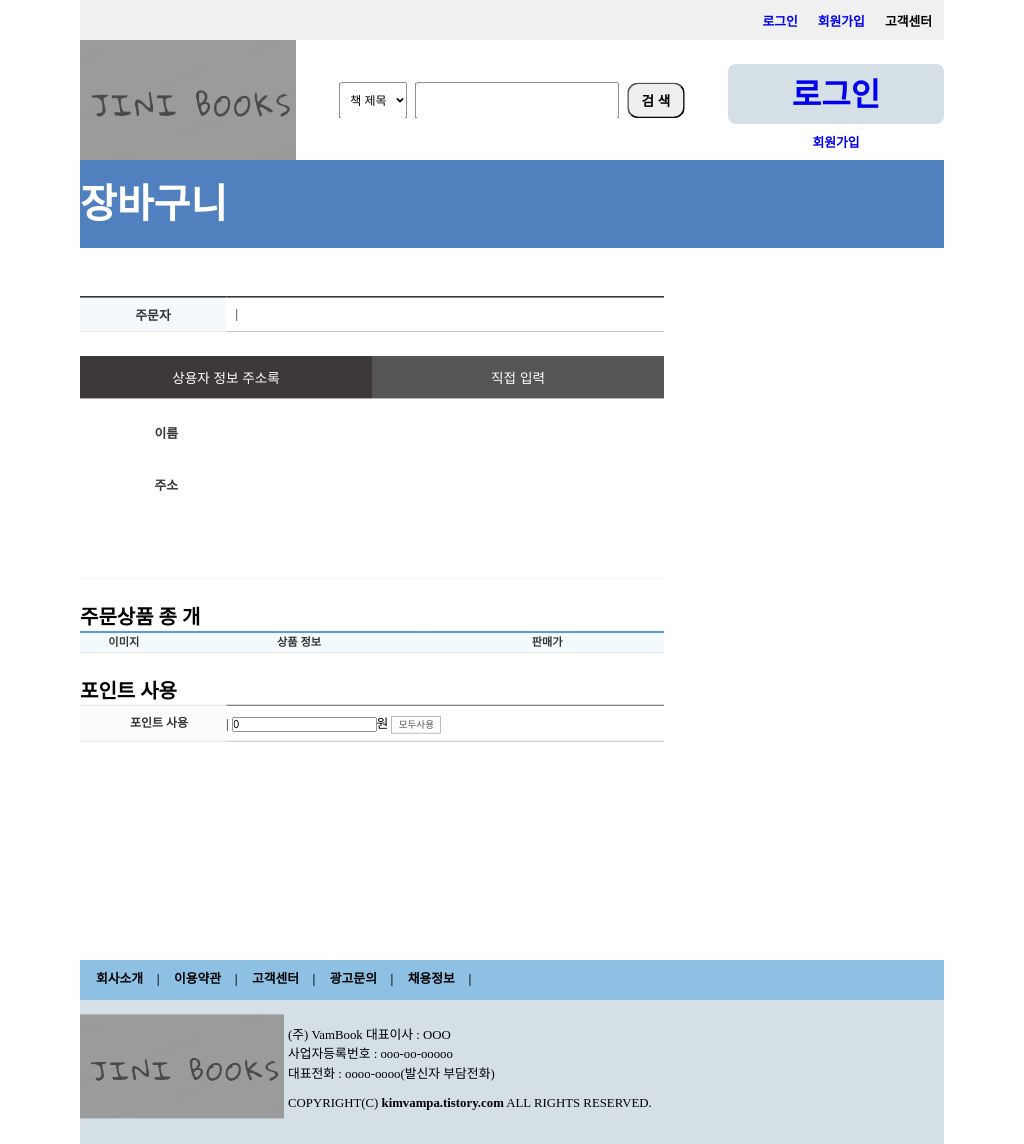
Repository: leechanjin7/ShoppingMall
Page: http://localhost/ShoppingMall/WEB-INF/views/order.jsp
An editor plug-in stored every save of this project. The page is shown before and after the next save, followed by the edit.
The browser window is 1280 px wide. The pictures show the whole page, at 80% of full size.
The page is served by Tomcat 9. Nobody is signed in. Other server files are loaded and not shown. The template is opened directly, without the code that normally fills it, so the values that code supplies are empty.

Above is the page before, as saved 2023-09-12 09:05:38.

### workspace/ShoppingMall/src/main/webapp/WEB-INF/views/order.jsp
<%@ page language="java" contentType="text/html; charset=UTF-8"
	pageEncoding="UTF-8"%>
<%@ taglib uri="http://java.sun.com/jsp/jstl/core" prefix="c"%>
<%@ taglib prefix="fmt" uri="http://java.sun.com/jsp/jstl/fmt"%>
<!DOCTYPE html>
<html>
<head>
<meta charset="UTF-8">
<title>Welcome BookMall</title>
<link rel="stylesheet" href="/resources/css/order.css">
<script src="https://code.jquery.com/jquery-3.4.1.js"
	integrity="sha256-WpOohJOqMqqyKL9FccASB9O0KwACQJpFTUBLTYOVvVU="
	crossorigin="anonymous"></script>
<!-- 다음주소 -->
<script src="https://t1.daumcdn.net/mapjsapi/bundle/postcode/prod/postcode.v2.js"></script>
</head>
<body>

	<div class="wrapper">
		<div class="wrap">
			<div class="top_gnb_area">
				<ul class="list">
					<c:if test="${member == null}">
						<!-- 로그인 x -->
						<li><a href="/member/login">로그인</a></li>
						<li><a href="/member/join">회원가입</a></li>
					</c:if>
					<c:if test="${member != null }">
						<!-- 로그인 o -->
						<c:if test="${member.adminCk == 1 }">
							<!-- 관리자 계정 -->
							<li><a href="/admin/main">관리자 페이지</a></li>
						</c:if>
						<li><a id="gnb_logout_button">로그아웃</a></li>
						<li>마이룸</li>
						<li><a href="/cart/${member.memberId}">장바구니</a></li>
					</c:if>
					<li>고객센터</li>
				</ul>
			</div>
			<div class="top_area">
				<!-- 로고영역 -->
				<div class="logo_area">
					<a href="/main"><img src="/resources/img/mLogo.png"></a>
				</div>
				<div class="search_area">
					<div class="search_wrap">
						<form id="searchForm" action="/search" method="get">
							<div class="search_input">
								<select name="type">
									<option value="T">책 제목</option>
									<option value="A">작가</option>
								</select> <input type="text" name="keyword"
									value="<c:out value="${pageMaker.cri.keyword}"/>">
								<button class='btn search_btn'>검 색</button>
							</div>
						</form>
					</div>
				</div>
				<div class="login_area">

					<!-- 로그인 하지 않은 상태 -->
					<c:if test="${member == null }">
						<div class="login_button">
							<a href="/member/login">로그인</a>
						</div>
						<span><a href="/member/join">회원가입</a></span>
					</c:if>

					<!-- 로그인한 상태 -->
					<c:if test="${ member != null }">
						<div class="login_success_area">
							<span>회원 : ${member.memberName}</span> <span>충전금액 : <fmt:formatNumber
									value="${member.money }" pattern="\#,###.##" /></span> <span>포인트
								: <fmt:formatNumber value="${member.point }" pattern="#,###" />
							</span> <a href="/member/logout.do">로그아웃</a>
						</div>
					</c:if>

				</div>
				<div class="clearfix"></div>
			</div>
			<div class="content_area">


				<div class="content_subject"><span>장바구니</span></div>

				<div class="content_main">
					<!-- 회원 정보 -->
					<div class="member_info_div">
						<table class="table_text_align_center memberInfo_table">
							<tbody>
								<tr>
									<th style="width: 25%;">주문자</th>
									<td style="width: *">${memberInfo.memberName} | ${memberInfo.memberMail}</td>
								</tr>
							</tbody>
						</table>
					</div>
					<!-- 배송지 정보 -->
					<div class="addressInfo_div">
						<div class="addressInfo_button_div">
							<button class="address_btn address_btn_1" onclick="showAdress('1')" style="background-color: #3c3838;">상용자 정보 주소록</button>
							<button class="address_btn address_btn_2" onclick="showAdress('2')">직접 입력</button>
						</div>
						<div class="addressInfo_input_div_wrap">
							<div class="addressInfo_input_div addressInfo_input_div_1" style="display: block">
								<table>
									<colgroup>
										<col width="25%">
										<col width="*">
									</colgroup>
									<tbody>
										<tr>
											<th>이름</th>
											<td>
												${memberInfo.memberName}
											</td>
										</tr>
										<tr>
											<th>주소</th>
											<td>
												${memberInfo.memberAddr1} ${memberInfo.memberAddr2}<br>${memberInfo.memberAddr3}
											</td>
										</tr>
									</tbody>
								</table>
							</div>
							<div class="addressInfo_input_div addressInfo_input_div_2">
								<table>
									<colgroup>
										<col width="25%">
										<col width="*">
									</colgroup>
									<tbody>
										<tr>
											<th>이름</th>
											<td>
												<input class="addressee_input">
											</td>
										</tr>
										<tr>
											<th>주소</th>
											<td>

												<input class="address1_input" readonly="readonly"> <a class="address_search_btn" onclick="execution_daum_address()">주소 찾기</a><br>
												<input class="address2_input" readonly="readonly"><br>
												<input class="address3_input" readonly="readonly">
											</td>
										</tr>
									</tbody>
								</table>
							</div>
						</div>
					</div>
					<!-- 상품 정보 -->
					<div class="orderGoods_div">
						<!-- 상품 종류 -->
						<div class="goods_kind_div">
							주문상품 <span class="goods_kind_div_kind"></span>종 <span class="goods_kind_div_count"></span>개
						</div>
						<!-- 상품 테이블 -->
						<table class="goods_subject_table">
							<colgroup>
								<col width="15%">
								<col width="45%">
								<col width="40%">
							</colgroup>
							<tbody>
								<tr>
									<th>이미지</th>
									<th>상품 정보</th>
									<th>판매가</th>
								</tr>
							</tbody>
						</table>
						<table class="goods_table">
							<colgroup>
								<col width="15%">
								<col width="45%">
								<col width="40%">
							</colgroup>
							<tbody>
								<c:forEach items="${orderList}" var="ol">
									<tr>
										<td>
											<!-- 이미지 <td>-->
										</td>
										<td>${ol.bookName}</td>
										<td class="goods_table_price_td">
											<fmt:formatNumber value="${ol.salePrice}" pattern="#,### 원" /> | 수량 ${ol.bookCount}개
											<br><fmt:formatNumber value="${ol.totalPrice}" pattern="#,### 원" />
											<br>[<fmt:formatNumber value="${ol.totalPoint}" pattern="#,### 원" />P]
											<input type="hidden" class="individual_bookPrice_input" value="${ol.bookPrice}">
											<input type="hidden" class="individual_salePrice_input" value="${ol.salePrice}">
											<input type="hidden" class="individual_bookCount_input" value="${ol.bookCount}">
											<input type="hidden" class="individual_totalPrice_input" value="${ol.salePrice * ol.bookCount}">
											<input type="hidden" class="individual_point_input" value="${ol.point}">
											<input type="hidden" class="individual_totalPoint_input" value="${ol.totalPoint}">
											<input type="hidden" class="individual_bookId_input" value="${ol.bookId}">
										</td>
									</tr>
								</c:forEach>

							</tbody>
						</table>
					</div>
					<!-- 포인트 정보 -->
					<div class="point_div">
						<div class="point_div_subject">포인트 사용</div>
						<table class="point_table">
							<colgroup>
								<col width="25%">
								<col width="*">
							</colgroup>
							<tbody>
								<tr>
									<th>포인트 사용</th>
									<td>
										${memberInfo.point} | <input class="order_point_input" value="0">원
										<a class="order_point_input_btn order_point_input_btn_N" data-state="N">모두사용</a>
										<a class="order_point_input_btn order_point_input_btn_Y" data-state="Y" style="display: none;">사용취소</a>

									</td>
								</tr>
							</tbody>
						</table>
					</div>
					<!-- 주문 종합 정보 -->
				</div>

			</div>

			<!-- Footer 영역 -->
			<div class="footer_nav">
				<div class="footer_nav_container">
					<ul>
						<li>회사소개</li>
						<span class="line">|</span>
						<li>이용약관</li>
						<span class="line">|</span>
						<li>고객센터</li>
						<span class="line">|</span>
						<li>광고문의</li>
						<span class="line">|</span>
						<li>채용정보</li>
						<span class="line">|</span>
					</ul>
				</div>
			</div>
			<!-- class="footer_nav" -->

			<div class="footer">
				<div class="footer_container">

					<div class="footer_left">
						<img src="/resources/img/Logo.png">
					</div>
					<div class="footer_right">
						(주) VamBook 대표이사 : OOO <br> 사업자등록번호 : ooo-oo-ooooo <br>
						대표전화 : oooo-oooo(발신자 부담전화) <br> <br> COPYRIGHT(C) <strong>kimvampa.tistory.com</strong>
						ALL RIGHTS RESERVED.
					</div>
					<div class="clearfix"></div>
				</div>
			</div>
			<!-- class="footer" -->

		</div>
		<!-- class="wrap" -->
	</div>
	<!-- class="wrapper" -->

	<script>

	/* 주소입력란 버튼 동작(숨김, 등장) */
	function showAdress(className){
		/* 컨텐츠 동작 */
			/* 모두 숨기기 */
			$(".addressInfo_input_div").css('display', 'none');
			/* 컨텐츠 보이기 */
			$(".addressInfo_input_div_" + className).css('display', 'block');

		/* 버튼 색상 변경 */
			/* 모든 색상 동일 */
				$(".address_btn").css('backgroundColor', '#555');
			/* 지정 색상 변경 */
				$(".address_btn_"+className).css('backgroundColor', '#3c3838');
	}

	/* 다음 주소 연동 */
	function execution_daum_address(){
	 		console.log("동작");
		   new daum.Postcode({
		        oncomplete: function(data) {
		            // 팝업에서 검색결과 항목을 클릭했을때 실행할 코드를 작성하는 부분입니다.

		        	// 각 주소의 노출 규칙에 따라 주소를 조합한다.
	                // 내려오는 변수가 값이 없는 경우엔 공백('')값을 가지므로, 이를 참고하여 분기 한다.
	                var addr = ''; // 주소 변수
	                var extraAddr = ''; // 참고항목 변수

	                //사용자가 선택한 주소 타입에 따라 해당 주소 값을 가져온다.
	                if (data.userSelectedType === 'R') { // 사용자가 도로명 주소를 선택했을 경우
	                    addr = data.roadAddress;
	                } else { // 사용자가 지번 주소를 선택했을 경우(J)
	                    addr = data.jibunAddress;
	                }

	                // 사용자가 선택한 주소가 도로명 타입일때 참고항목을 조합한다.
	                if(data.userSelectedType === 'R'){
	                    // 법정동명이 있을 경우 추가한다. (법정리는 제외)
	                    // 법정동의 경우 마지막 문자가 "동/로/가"로 끝난다.
	                    if(data.bname !== '' && /[동|로|가]$/g.test(data.bname)){
	                        extraAddr += data.bname;
	                    }
	                    // 건물명이 있고, 공동주택일 경우 추가한다.
	                    if(data.buildingName !== '' && data.apartment === 'Y'){
	                        extraAddr += (extraAddr !== '' ? ', ' + data.buildingName : data.buildingName);
	                    }
	                    // 표시할 참고항목이 있을 경우, 괄호까지 추가한 최종 문자열을 만든다.
	                    if(extraAddr !== ''){
	                        extraAddr = ' (' + extraAddr + ')';
	                    }
	                 	// 추가해야할 코드
	                    // 주소변수 문자열과 참고항목 문자열 합치기
	                      addr += extraAddr;

	                } else {
	                	addr += ' ';
	                }

	             	// 제거해야할 코드
	                // 우편번호와 주소 정보를 해당 필드에 넣는다.
	                $(".address1_input").val(data.zonecode);
	                $(".address2_input").val(addr);
	                // 커서를 상세주소 필드로 이동한다.
	                $(".address3_input").attr("readonly", false);
	                $(".address3_input").focus();


		        }
		    }).open();

	}
	/* 포인트 입력 */
	//0 이상 & 최대 포인트 수 이하
	$(".order_point_input").on("propertychange change keyup paste input", function(){

		const maxPoint = parseInt('${memberInfo.point}');

		let inputValue = parseInt($(this).val());

		if(inputValue < 0){
			$(this).val(0);
		} else if(inputValue > maxPoint){
			$(this).val(maxPoint);
		}
	});

	/* 포인트 모두사용 취소 버튼
	 * Y: 모두사용 상태 / N : 모두 취소 상태
	 */
	$(".order_point_input_btn").on("click", function(){

		const maxPoint = parseInt('${memberInfo.point}');

		let state = $(this).data("state");

		if(state == 'N'){
			console.log("n동작");
			/* 모두사용 */
			//값 변경
			$(".order_point_input").val(maxPoint);
			//글 변경
			$(".order_point_input_btn_Y").css("display", "inline-block");
			$(".order_point_input_btn_N").css("display", "none");
		} else if(state == 'Y'){
			console.log("y동작");
			/* 취소 */
			//값 변경
			$(".order_point_input").val(0);
			//글 변경
			$(".order_point_input_btn_Y").css("display", "none");
			$(".order_point_input_btn_N").css("display", "inline-block");
		}
	});


	</script>

</body>
</html>

Loaded but not shown: workspace/ShoppingMall/src/main/webapp/resources/css/order.css (808 lines, source omitted)

After the next save:
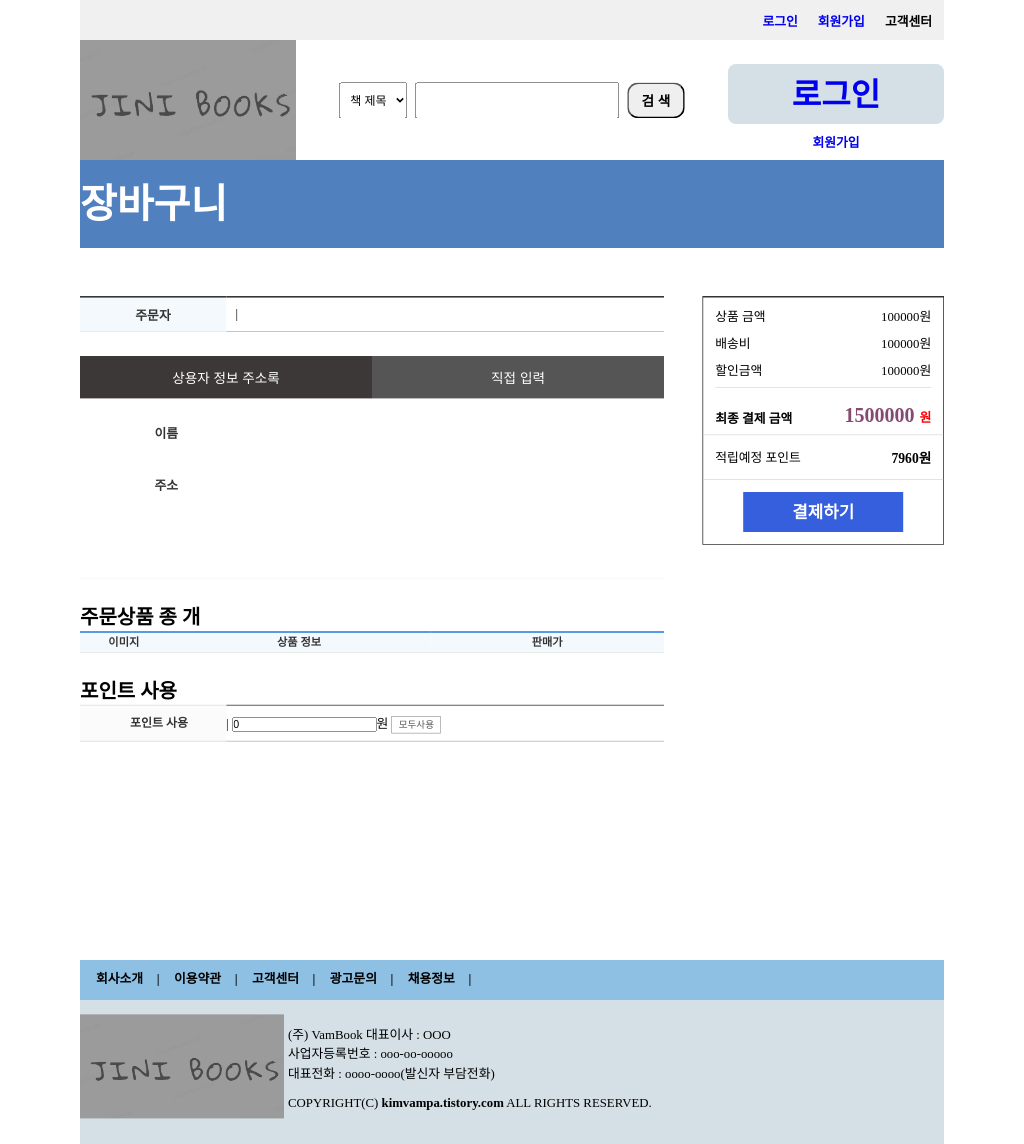
Saved 54 s later.
--- a/workspace/ShoppingMall/src/main/webapp/WEB-INF/views/order.jsp
+++ b/workspace/ShoppingMall/src/main/webapp/WEB-INF/views/order.jsp
@@ -227,6 +227,41 @@
 						</table>
 					</div>
 					<!-- 주문 종합 정보 -->
+					<div class="total_info_div">
+						<!-- 가격 종합 정보 -->
+						<div class="total_info_price_div">
+							<ul>
+								<li>
+									<span class="price_span_label">상품 금액</span>
+									<span class="totalPrice_span">100000</span>원
+								</li>
+								<li>
+									<span class="price_span_label">배송비</span>
+									<span class="delivery_price_span">100000</span>원
+								</li>
+																						<li>
+									<span class="price_span_label">할인금액</span>
+									<span class="usePoint_span">100000</span>원
+								</li>
+								<li class="price_total_li">
+									<strong class="price_span_label total_price_label">최종 결제 금액</strong>
+									<strong class="strong_red">
+										<span class="total_price_red finalTotalPrice_span">
+											1500000
+										</span>원
+									</strong>
+								</li>
+								<li class="point_li">
+									<span class="price_span_label">적립예정 포인트</span>
+									<span class="totalPoint_span">7960원</span>
+								</li>
+							</ul>
+						</div>
+		<!-- 버튼 영역 -->
+		<div class="total_info_btn_div">
+			<a class="order_btn">결제하기</a>
+		</div>
+	</div>
 				</div>
 
 			</div>
